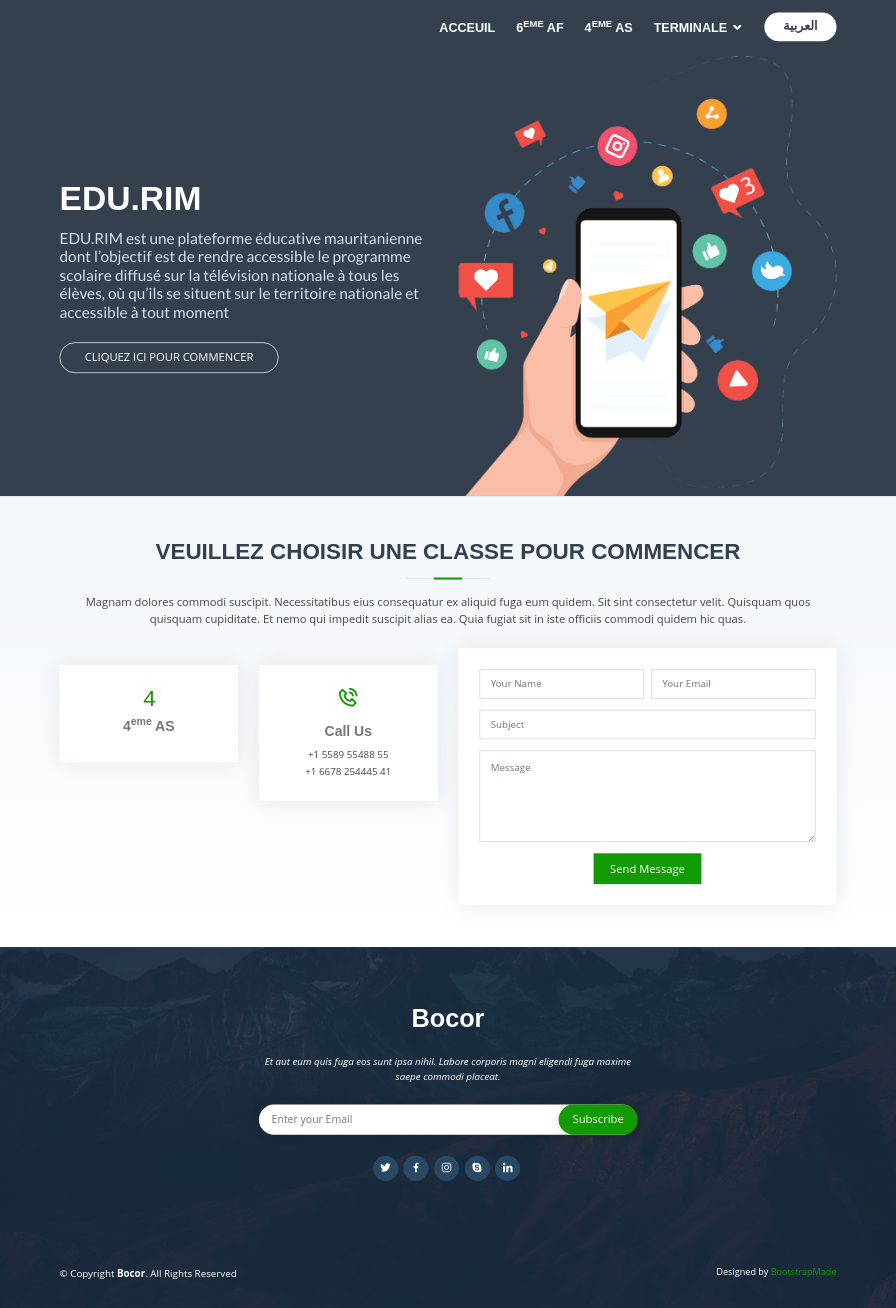
Repository: athiemohamed/courat
Page: http://localhost/
The author's editor kept a copy of each file at every save. The page is drawn from the files as they stood at one save, then again after a run of saves.
The browser window is 1280 px wide. The pictures show the whole page, at 70% of full size.
Some web fonts or font styles are not loaded; a fallback is used. The page is run by PHP 8.4 with error messages shown; the project is at /var/www/html/. Other server files are loaded and not shown.

Above is the page before, as saved 2020-03-26 12:57:49.

### assets/css/style.css
/*--------------------------------------------------------------
# General
--------------------------------------------------------------*/
body {
  font-family: "Open Sans", sans-serif;
  color: #444444;
}

a {
  color: #129b00;
}

a:hover {
  color: #129b00;
  text-decoration: none;
}

h1, h2, h3, h4, h5, h6 {
  font-family: "Raleway", sans-serif;
}

/*--------------------------------------------------------------
# Back to top button
--------------------------------------------------------------*/
.back-to-top {
  position: fixed;
  display: none;
  width: 40px;
  height: 40px;
  border-radius: 50px;
  right: 15px;
  bottom: 15px;
  background: #129b00;
  color: #fff;
  transition: display 0.5s ease-in-out;
  z-index: 99999;
  transition: all ease-in-out 0.3s;
}

.back-to-top i {
  font-size: 24px;
  position: absolute;
  top: 8px;
  left: 8px;
}

.back-to-top:hover {
  color: #fff;
  background: #129b00;
}

/*--------------------------------------------------------------
# Header
--------------------------------------------------------------*/
#header {
  height: 80px;
  transition: all 0.5s;
  z-index: 997;
  transition: all 0.5s;
  padding: 16px 0;
  background: #35404f;
}

#header .logo h1 {
  font-size: 24px;
  margin: 0;
  padding: 10px 0;
  line-height: 1;
  font-weight: 700;
  letter-spacing: 3px;
  text-transform: uppercase;
  font-family: "Poppins", sans-serif;
}

#header .logo h1 a, #header .logo h1 a:hover {
  color: #fff;
  text-decoration: none;
}

#header .logo h1 a span, #header .logo h1 a:hover span {
  color: #129b00;
}

#header .logo img {
  padding: 0;
  margin: 0;
  max-height: 40px;
}

/*--------------------------------------------------------------
# Navigation Menu
--------------------------------------------------------------*/
/* Desktop Navigation */
.nav-menu, .nav-menu * {
  margin: 0;
  padding: 0;
  list-style: none;
}

.nav-menu > ul > li {
  position: relative;
  white-space: nowrap;
  float: left;
}

.nav-menu ul {
  border-radius: 6px;
}

.nav-menu a {
  display: block;
  position: relative;
  color: #fff;
  font-weight: bold;
  padding: 10px 15px;
  transition: 0.3s;
  font-size: 18px;
  font-family: 'Cairo', sans-serif;
  font-weight: bold;
}

.nav-menu a:hover, .nav-menu .active > a, .nav-menu li:hover > a {
  color: #fff;
  text-decoration: none;
}

.nav-menu .get-started a {
  background: #fff;
  font-size: 18px;
  font-family: 'Cairo', sans-serif;
  color: #35404f;
  border-radius: 50px;
  margin: 2px 0 0 15px;
  padding: 4px 25px 6px 25px;
  border: 2px solid #fff;
}

.nav-menu .get-started a:hover {
  background: #35404f;
  color: #fff;
  border: 1px solid #fff;
}

.nav-menu .drop-down ul {
  display: block;
  position: absolute;
  left: 0;
  top: calc(100% - 30px);
  z-index: 99;
  opacity: 0;
  visibility: hidden;
  padding: 10px 0;
  background: #fff;
  box-shadow: 0px 0px 30px rgba(127, 137, 161, 0.25);
  transition: ease all 0.3s;
}

.nav-menu .drop-down:hover > ul {
  opacity: 1;
  top: 100%;
  visibility: visible;
}

.nav-menu .drop-down li {
  min-width: 180px;
  position: relative;
}

.nav-menu .drop-down ul a {
  padding: 10px 20px;
  font-size: 14px;
  font-weight: 500;
  text-transform: none;
  color: #35404f;
}

.nav-menu .drop-down ul a:hover, .nav-menu .drop-down ul .active > a, .nav-menu .drop-down ul li:hover > a {
  color: #129b00;
}

.nav-menu .drop-down > a:after {
  content: "\ea99";
  font-family: IcoFont;
  padding-left: 5px;
}

.nav-menu .drop-down .drop-down ul {
  top: 0;
  left: calc(100% - 30px);
}

.nav-menu .drop-down .drop-down:hover > ul {
  opacity: 1;
  top: 0;
  left: 100%;
}

.nav-menu .drop-down .drop-down > a {
  padding-right: 35px;
}

.nav-menu .drop-down .drop-down > a:after {
  content: "\eaa0";
  font-family: IcoFont;
  position: absolute;
  right: 15px;
}

@media (max-width: 1366px) {
  .nav-menu .drop-down .drop-down ul {
    left: -90%;
  }
  .nav-menu .drop-down .drop-down:hover > ul {
    left: -100%;
  }
  .nav-menu .drop-down .drop-down > a:after {
    content: "\ea9d";
  }
}

/* Mobile Navigation */
.mobile-nav-toggle {
  position: fixed;
  right: 15px;
  top: 15px;
  z-index: 9998;
  border: 0;
  background: none;
  font-size: 24px;
  transition: all 0.4s;
  outline: none !important;
  line-height: 1;
  cursor: pointer;
  text-align: right;
}

.mobile-nav-toggle i {
  color: #fff;
}

.mobile-nav {
  position: fixed;
  top: 55px;
  right: 15px;
  bottom: 15px;
  left: 15px;
  z-index: 9999;
  overflow-y: auto;
  background: #fff;
  transition: ease-in-out 0.2s;
  opacity: 0;
  visibility: hidden;
  border-radius: 10px;
  padding: 10px 0;
}

.mobile-nav * {
  margin: 0;
  padding: 0;
  list-style: none;
}

.mobile-nav a {
  display: block;
  position: relative;
  color: #35404f;
  text-align: center;
  font-family: 'Cairo', sans-serif;
  font-weight: bold;
  padding: 10px 20px;
  outline: none;
  transition: 0.3s;
}

.mobile-nav a:hover, .mobile-nav .active > a, .mobile-nav li:hover > a {
  color: #129b00;
  text-decoration: none;
}

.mobile-nav .drop-down > a:after {
  content: "\ea99";
  font-family: IcoFont;
  padding-left: 10px;
  position: absolute;
  right: 15px;
}

.mobile-nav .active.drop-down > a:after {
  content: "\eaa1";
}

.mobile-nav .drop-down > a {
  text-align: center;
  font-family: 'Cairo', sans-serif;
  font-weight: bold;
}

.mobile-nav .drop-down ul {
  display: none;
  overflow: hidden;
}

.mobile-nav .drop-down li {
  text-align: center;
  font-family: 'Cairo', sans-serif;
}

.mobile-nav .get-started a {
  background: #35404f;
  color: #fff;
  font-family: 'Cairo', sans-serif;
  border-radius: 50px;
  margin: 15px;
  padding: 8px 25px 10px 25px;
  text-align: center;
}

.mobile-nav .get-started a:hover {
  background: #fff;
  color: #35404f;
  border: 1px solid #35404f;
}

.mobile-nav-overly {
  width: 100%;
  height: 100%;
  z-index: 9997;
  top: 0;
  left: 0;
  position: fixed;
  background: rgba(18, 33, 46, 0.6);
  overflow: hidden;
  display: none;
  transition: ease-in-out 0.2s;
}

.mobile-nav-active {
  overflow: hidden;
}

.mobile-nav-active .mobile-nav {
  opacity: 1;
  visibility: visible;
}

.mobile-nav-active .mobile-nav-toggle i {
  color: #fff;
}

/*--------------------------------------------------------------
# Hero Section
--------------------------------------------------------------*/
#hero {
  width: 100%;
  padding: 0 0 0 0;
  background: #35404f;
  background: linear-gradient(180deg, #35404f 0%, #35404f 35%, #35404f 100%);
}

#hero h1 {
  margin: 0 0 15px 0;
  font-size: 48px;
  font-weight: 700;
  line-height: 56px;
  color: #fff;
  font-family: "Cairo", sans-serif;
}

#hero h2 {
  font-family: 'Lato', sans-serif;
  color: #d2e0ed;
  margin-bottom: 30px;
  font-size: 22px;
}

#hero .btn-get-started {
  color: #fff;
  border-radius: 50px;
  padding: 8px 35px 10px 35px;
  border: 1px solid #fff;
  transition: all ease-in-out 0.3s;
  display: inline-block;
  background: #35404f;
}

#hero .btn-get-started:hover {
  background: #fff;
  color: #35404f;
}

@media (max-width: 991px) {
  #hero .hero-img {
    text-align: center;
  }
  #hero .hero-img img {
    width: 50%;
  }
}

@media (max-width: 768px) {
  #hero {
    -moz-text-align-last: center;
    text-align-last: center;
  }
  #hero h1 {
    font-size: 28px;
    line-height: 36px;
  }
  #hero h2 {
    font-size: 18px;
    line-height: 24px;
    margin-bottom: 30px;
  }
  #hero .hero-img img {
    width: 70%;
  }
}

@media (max-width: 575px) {
  #hero .hero-img img {
    width: 80%;
  }
}

/*--------------------------------------------------------------
# Sections General
--------------------------------------------------------------*/
section {
  padding: 60px 0;
  overflow: hidden;
}

.section-bg {
  background: linear-gradient(180deg, #f2f6fa 0%, #fff 100%);
}

.section-title {
  text-align: center;
  padding-bottom: 30px;
}

.section-title h2 {
  font-size: 32px;
  font-weight: 600;
  text-transform: uppercase;
  margin-bottom: 20px;
  padding-bottom: 20px;
  position: relative;
  font-family: "Poppins", sans-serif;
  color: #35404f;
}

.section-title h2::before {
  content: '';
  position: absolute;
  display: block;
  width: 120px;
  height: 1px;
  background: #ddd;
  bottom: 1px;
  left: calc(50% - 60px);
}

.section-title h2::after {
  content: '';
  position: absolute;
  display: block;
  width: 40px;
  height: 3px;
  background: #129b00;
  bottom: 0;
  left: calc(50% - 20px);
}

.section-title p {
  margin-bottom: 0;
}

/*--------------------------------------------------------------
# Clients
--------------------------------------------------------------*/
.clients {
  padding: 0;
}

.clients .client-logo {
  display: flex;
  justify-content: center;
  align-items: center;
  overflow: hidden;
  height: 120px;
}

.clients .client-logo img {
  height: 40px;
}

.clients .client-logo:hover img {
  transform: scale(1.2);
}

.clients img {
  transition: all 0.4s ease-in-out;
}

/*--------------------------------------------------------------
# About
--------------------------------------------------------------*/
.about .content {
  padding: 30px 0;
}

.about .content h3 {
  font-weight: 700;
  font-size: 34px;
  color: #35404f;
}

.about .content p {
  margin-bottom: 0;
}

.about .content .icon-box {
  margin-top: 25px;
}

.about .content .icon-box h4 {
  font-size: 20px;
  font-weight: 700;
  margin: 5px 0 10px 60px;
  color: #35404f;
}

.about .content .icon-box h4 a {
  color: #35404f;
  transition: 0.3s;
}

.about .content .icon-box h4 a:hover {
  color: #129b00;
}

.about .content .icon-box i {
  font-size: 48px;
  float: left;
  color: #129b00;
}

.about .content .icon-box p {
  font-size: 15px;
  color: #848484;
  margin-left: 60px;
}

.about .image {
  background: url("../img/about.jpg") center center no-repeat;
  background-size: cover;
  min-height: 400px;
}

@media (max-width: 667px) {
  .about .image img {
    max-width: 100%;
  }
}

/*--------------------------------------------------------------
# Services
--------------------------------------------------------------*/
.services {
  padding-bottom: 40px;
}

.services .card {
  border: 0;
  padding: 0 30px;
  margin-bottom: 60px;
  position: relative;
  background: transparent;
}

.services .card-img {
  width: calc(100% + 60px);
  margin-left: -30px;
  overflow: hidden;
  z-index: 9;
  border-radius: 0;
}

.services .card-img img {
  max-width: 100%;
  transition: all 0.3s ease-in-out;
}

.services .card-body {
  z-index: 10;
  background: #fff;
  border-top: 4px solid #fff;
  padding: 30px;
  box-shadow: 0px 2px 15px rgba(0, 0, 0, 0.1);
  margin-top: -60px;
  transition: 0.3s;
}

.services .card-title {
  font-weight: 700;
  text-align: center;
  margin-bottom: 20px;
}

.services .card-title a {
  color: #35404f;
  transition: 0.3s;
}

.services .card-text {
  color: #5e5e5e;
}

.services .read-more a {
  color: #777777;
  text-transform: uppercase;
  font-weight: 600;
  font-size: 12px;
  transition: 0.3s;
}

.services .read-more a:hover {
  color: #129b00;
}

.services .card:hover img {
  transform: scale(1.1);
}

.services .card:hover .card-body {
  border-color: #129b00;
}

.services .card:hover .card-body .card-title a {
  color: #129b00;
}

/*--------------------------------------------------------------
# Features
--------------------------------------------------------------*/
.features .content + .content {
  margin-top: 100px;
}

.features .content h3 {
  font-weight: 700;
  font-size: 26px;
  color: #35404f;
}

.features .content ul {
  list-style: none;
  padding: 0;
}

.features .content ul li {
  padding-bottom: 10px;
}

.features .content ul i {
  font-size: 20px;
  padding-right: 4px;
  color: #129b00;
}

.features .content p:last-child {
  margin-bottom: 0;
}

/*--------------------------------------------------------------
# Portfolio
--------------------------------------------------------------*/
.portfolio .portfolio-item {
  margin-bottom: 30px;
}

.portfolio #portfolio-flters {
  padding: 0;
  margin: 0 0 35px 0;
  list-style: none;
  text-align: center;
}

.portfolio #portfolio-flters li {
  cursor: pointer;
  margin: 0 5px 5px 0;
  display: inline-block;
  padding: 10px 15px;
  font-size: 16px;
  font-weight: 600;
  line-height: 20px;
  color: #444444;
  margin-bottom: 5px;
  transition: all 0.3s ease-in-out;
}

.portfolio #portfolio-flters li:hover, .portfolio #portfolio-flters li.filter-active {
  color: #129b00;
}

.portfolio #portfolio-flters li:last-child {
  margin-right: 0;
}

.portfolio .portfolio-wrap {
  transition: 0.3s;
  position: relative;
  overflow: hidden;
  border-radius: 8px;
  z-index: 1;
}

.portfolio .portfolio-wrap::before {
  content: "";
  background: rgba(33, 59, 82, 0.6);
  position: absolute;
  left: 100%;
  right: 0;
  top: 0;
  bottom: 0;
  transition: all ease-in-out 0.3s;
  z-index: 2;
}

.portfolio .portfolio-wrap img {
  transition: 0.3s;
}

.portfolio .portfolio-wrap .portfolio-links {
  opacity: 0;
  left: 0;
  right: 0;
  top: calc(50% - 36px);
  text-align: center;
  z-index: 3;
  position: absolute;
  transition: all ease-in-out 0.3s;
}

.portfolio .portfolio-wrap .portfolio-links a {
  color: #129b00;
  font-size: 24px;
  line-height: 1;
  text-align: center;
  width: 36px;
  height: 36px;
  display: inline-block;
  transition: 0.3s;
}

.portfolio .portfolio-wrap .portfolio-links a:hover {
  color: #fff;
}

.portfolio .portfolio-wrap .portfolio-info {
  opacity: 0;
  position: absolute;
  bottom: -20px;
  left: 0;
  right: 0;
  text-align: center;
  z-index: 3;
  transition: all ease-in-out 0.3s;
}

.portfolio .portfolio-wrap .portfolio-info h4 {
  font-size: 20px;
  color: #fff;
  font-weight: 600;
}

.portfolio .portfolio-wrap .portfolio-info p {
  color: #ffffff;
  font-size: 14px;
  text-transform: uppercase;
}

.portfolio .portfolio-wrap:hover::before {
  left: 0;
}

.portfolio .portfolio-wrap:hover .portfolio-links {
  opacity: 1;
  top: calc(50% - 18px);
}

.portfolio .portfolio-wrap:hover .portfolio-info {
  opacity: 1;
  bottom: 0;
}

/*--------------------------------------------------------------
# Team
--------------------------------------------------------------*/
.team .member {
  text-align: center;
  margin-bottom: 20px;
}

.team .member .pic {
  margin-bottom: 15px;
  overflow: hidden;
  min-height: 260px;
}

.team .member .pic img {
  max-width: 100%;
}

.team .member h4 {
  font-weight: 700;
  margin-bottom: 2px;
  font-size: 18px;
  color: #35404f;
}

.team .member span {
  font-style: italic;
  display: block;
  font-size: 13px;
}

.team .member .social {
  margin-top: 15px;
}

.team .member .social a {
  color: #5289ba;
  transition: 0.3s;
}

.team .member .social a:hover {
  color: #129b00;
}

.team .member .social i {
  font-size: 18px;
  margin: 0 2px;
}

/*--------------------------------------------------------------
# Pricing
--------------------------------------------------------------*/
.pricing .row {
  padding-top: 40px;
}

.pricing .box {
  padding: 40px;
  margin-bottom: 30px;
  box-shadow: 0px 0px 30px rgba(73, 78, 92, 0.15);
  background: #fff;
  text-align: center;
  position: relative;
}

.pricing .featured-badge {
  display: inline-block;
  position: absolute;
  top: -11px;
  left: calc(50% - 49px);
  background: #129b00;
  color: #fff;
  text-align: center;
  line-height: 1;
  border-radius: 50px;
  padding: 4px 20px 5px 20px;
  font-size: 12px;
  text-transform: uppercase;
}

.pricing h3 {
  font-weight: 300;
  margin-bottom: 15px;
  font-size: 28px;
}

.pricing h4 {
  font-size: 46px;
  color: #129b00;
  font-weight: 400;
  font-family: "Open Sans", sans-serif;
  margin-bottom: 25px;
}

.pricing h4 span {
  color: #bababa;
  font-size: 18px;
  display: block;
}

.pricing ul {
  padding: 0;
  list-style: none;
  color: #999;
  text-align: left;
  line-height: 20px;
}

.pricing ul li {
  padding-bottom: 12px;
}

.pricing ul i {
  color: #129b00;
  font-size: 18px;
  padding-right: 4px;
}

.pricing ul .na {
  color: #ccc;
}

.pricing ul .na i {
  color: #ccc;
}

.pricing ul .na span {
  text-decoration: line-through;
}

.pricing .get-started-btn {
  background: #35404f;
  display: inline-block;
  padding: 6px 30px;
  border-radius: 20px;
  color: #fff;
  transition: none;
  font-size: 14px;
  font-weight: 400;
  font-family: "Raleway", sans-serif;
  transition: 0.3s;
}

.pricing .get-started-btn:hover {
  background: #129b00;
}

.pricing .featured {
  z-index: 10;
  margin: -30px -5px 0 -5px;
  border: 1px solid #129b00;
}

.pricing .featured .get-started-btn {
  background: #129b00;
}

.pricing .featured .get-started-btn:hover {
  background: #fdcd5c;
}

@media (max-width: 992px) {
  .pricing .box {
    max-width: 60%;
    margin: 0 auto 30px auto;
  }
}

@media (max-width: 767px) {
  .pricing .box {
    max-width: 80%;
    margin: 0 auto 30px auto;
  }
}

@media (max-width: 420px) {
  .pricing .box {
    max-width: 100%;
    margin: 0 auto 30px auto;
  }
}

/*--------------------------------------------------------------
# Frequently Asked Questions
--------------------------------------------------------------*/
.faq .faq-item {
  margin: 20px 0;
  padding: 20px 0;
  border-bottom: 1px solid #dde8f1;
}

.faq .faq-item i {
  color: #9bbbd7;
  font-size: 20px;
  float: left;
  line-height: 0;
  padding: 13px 0 0 0;
  margin: 0;
}

.faq .faq-item h4 {
  font-size: 16px;
  line-height: 26px;
  font-weight: 500;
  margin: 0 0 10px 28px;
  font-family: "Poppins", sans-serif;
}

.faq .faq-item p {
  font-size: 15px;
}

/*--------------------------------------------------------------
# Contact
--------------------------------------------------------------*/
.contact .info-box {
  color: #444444;
  text-align: center;
  box-shadow: 0 0 30px rgba(214, 215, 216, 0.6);
  padding: 20px 0 30px 0;
  background: #fff;
}

.contact .info-box i {
  font-size: 32px;
  color: #129b00;
  border-radius: 50%;
  padding: 8px;
  border: 2px dotted #fff7e5;
}

.contact .info-box h3 {
  font-size: 20px;
  color: #777777;
  font-weight: 700;
  margin: 10px 0;
}

.contact .info-box p {
  padding: 0;
  line-height: 24px;
  font-size: 14px;
  margin-bottom: 0;
}

.contact .php-email-form {
  box-shadow: 0 0 30px rgba(214, 215, 216, 0.6);
  padding: 30px;
  background: #fff;
}

.contact .php-email-form .validate {
  display: none;
  color: red;
  margin: 0 0 15px 0;
  font-weight: 400;
  font-size: 13px;
}

.contact .php-email-form .error-message {
  display: none;
  color: #fff;
  background: #ed3c0d;
  text-align: center;
  padding: 15px;
  font-weight: 600;
}

.contact .php-email-form .sent-message {
  display: none;
  color: #fff;
  background: #18d26e;
  text-align: center;
  padding: 15px;
  font-weight: 600;
}

.contact .php-email-form .loading {
  display: none;
  background: #fff;
  text-align: center;
  padding: 15px;
}

.contact .php-email-form .loading:before {
  content: "";
  display: inline-block;
  border-radius: 50%;
  width: 24px;
  height: 24px;
  margin: 0 10px -6px 0;
  border: 3px solid #18d26e;
  border-top-color: #eee;
  -webkit-animation: animate-loading 1s linear infinite;
  animation: animate-loading 1s linear infinite;
}

.contact .php-email-form input, .contact .php-email-form textarea {
  border-radius: 0;
  box-shadow: none;
  font-size: 14px;
}

.contact .php-email-form input::focus, .contact .php-email-form textarea::focus {
  background-color: #129b00;
}

.contact .php-email-form input {
  padding: 20px 15px;
}

.contact .php-email-form textarea {
  padding: 12px 15px;
}

.contact .php-email-form button[type="submit"] {
  background: #129b00;
  border: 0;
  padding: 10px 24px;
  color: #fff;
  transition: 0.4s;
}

.contact .php-email-form button[type="submit"]:hover {
  background: #fdd067;
}

@-webkit-keyframes animate-loading {
  0% {
    transform: rotate(0deg);
  }
  100% {
    transform: rotate(360deg);
  }
}

@keyframes animate-loading {
  0% {
    transform: rotate(0deg);
  }
  100% {
    transform: rotate(360deg);
  }
}

/*--------------------------------------------------------------
# Footer
--------------------------------------------------------------*/
#footer {
  background: url("../img/footer-bg.jpg") center center no-repeat;
  color: #fff;
  font-size: 14px;
  position: relative;
}

#footer::before {
  content: "";
  position: absolute;
  left: 0;
  right: 0;
  top: 0;
  bottom: 0;
  background: rgba(26, 46, 64, 0.85);
  z-index: 1;
}

#footer .footer-top {
  position: relative;
  z-index: 2;
  text-align: center;
  padding: 80px 0;
}

#footer .footer-top h3 {
  font-size: 36px;
  font-weight: 700;
  color: #fff;
  position: relative;
  font-family: "Poppins", sans-serif;
  padding-bottom: 0;
  margin-bottom: 0;
}

#footer .footer-top p {
  font-size: 15;
  font-style: italic;
  margin: 30px 0 0 0;
  padding: 0;
}

#footer .footer-top .footer-newsletter {
  text-align: center;
  font-size: 15px;
  margin-top: 30px;
}

#footer .footer-top .footer-newsletter form {
  background: #fff;
  padding: 6px 10px;
  position: relative;
  border-radius: 50px;
  box-shadow: 0px 2px 15px rgba(0, 0, 0, 0.1);
  text-align: left;
}

#footer .footer-top .footer-newsletter form input[type="email"] {
  border: 0;
  padding: 4px 8px;
  width: calc(100% - 100px);
}

#footer .footer-top .footer-newsletter form input[type="submit"] {
  position: absolute;
  top: 0;
  right: -1px;
  bottom: 0;
  border: 0;
  background: none;
  font-size: 16px;
  padding: 0 20px;
  background: #129b00;
  color: #fff;
  transition: 0.3s;
  border-radius: 50px;
  box-shadow: 0px 2px 15px rgba(0, 0, 0, 0.1);
}

#footer .footer-top .footer-newsletter form input[type="submit"]:hover {
  background: #fcb102;
}

#footer .footer-top .social-links {
  margin-top: 30px;
}

#footer .footer-top .social-links a {
  font-size: 18px;
  display: inline-block;
  background: #284864;
  color: #fff;
  line-height: 1;
  padding: 8px 0;
  margin-right: 4px;
  border-radius: 50%;
  text-align: center;
  width: 36px;
  height: 36px;
  transition: 0.3s;
}

#footer .footer-top .social-links a:hover {
  background: #fcb102;
  color: #fff;
  text-decoration: none;
}

#footer .footer-bottom {
  border-top: 1px solid #1a2e40;
  z-index: 2;
  position: relative;
  padding-top: 40px;
  padding-bottom: 40px;
}

#footer .copyright {
  text-align: center;
  float: left;
}

#footer .credits {
  float: right;
  text-align: center;
  font-size: 13px;
}

@media (max-width: 768px) {
  #footer .copyright, #footer .credits {
    padding: 5px;
    float: none;
    text-align: ceneter;
  }
}









/* CUSTOM */
.rounded-number {
  border-radius: 50%;
  behavior: url(PIE.htc); /* remove if you don't care about IE8 */
  width: 36px;
  height: 36px;
  padding: 8px;
  background: #fff;
  border: 2px solid black;
  color: black;
  text-align: center;
  font: 32px Arial, sans-serif;
  display: inline-block;
}

Loaded but not shown: assets/js/main.js (117 lines, source omitted); index.php (269 lines, source omitted)

After the next 3 saves:
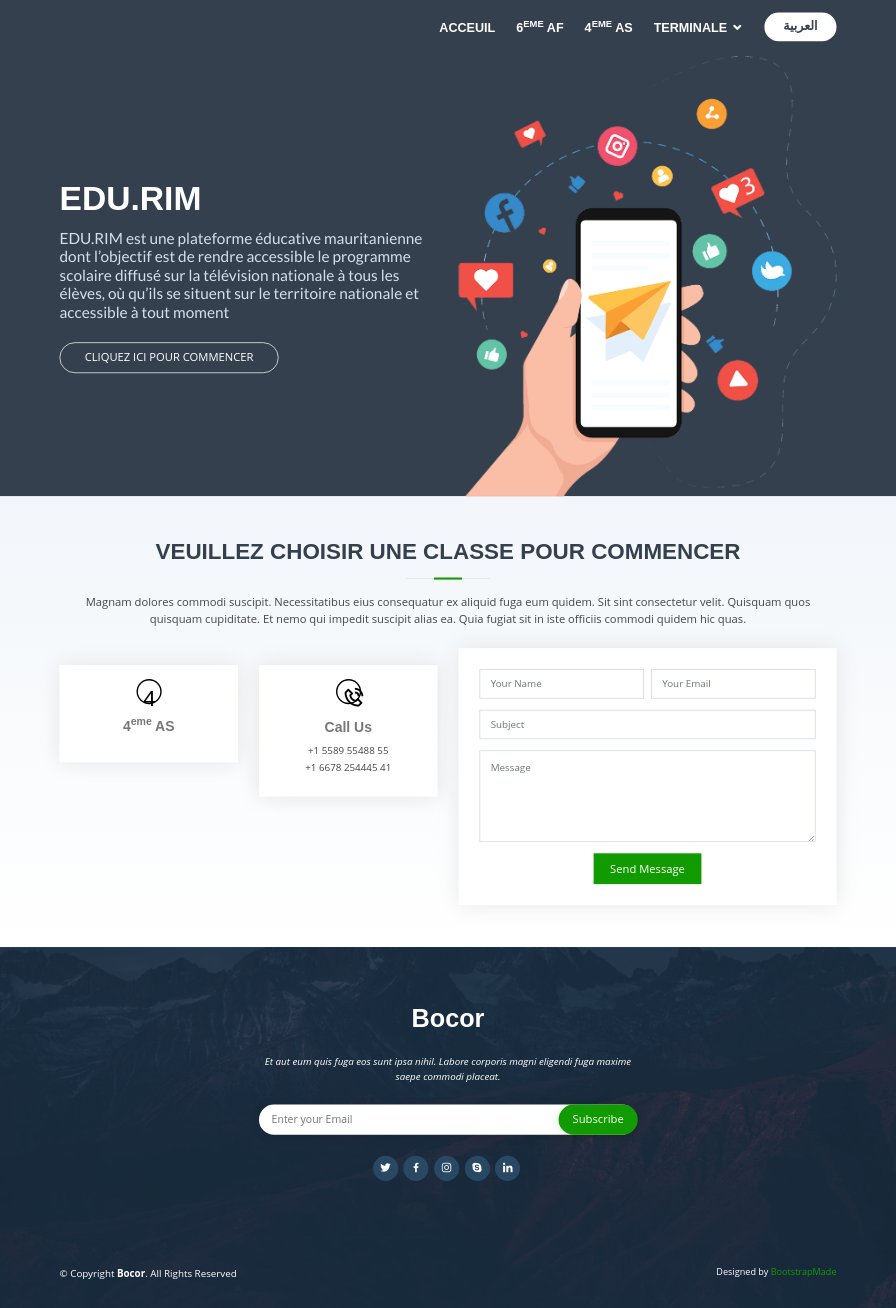
The 3 saves are shown as one change because they came seconds apart.
The last was saved 114 s later.
--- a/assets/css/style.css
+++ b/assets/css/style.css
@@ -1019,11 +1019,17 @@ section {
 }
 
 .contact .info-box i {
-  font-size: 32px;
-  color: #129b00;
-  border-radius: 50%;
-  padding: 8px;
-  border: 2px dotted #fff7e5;
+    border-radius: 50%;
+    behavior: url(PIE.htc); /* remove if you don't care about IE8 */
+    width: 36px;
+    height: 36px;
+    padding: 8px;
+    background: #fff;
+    border: 2px solid black;
+    color: black;
+    text-align: center;
+    font: 32px Arial, sans-serif;
+    display: inline-block;
 }
 
 .contact .info-box h3 {
